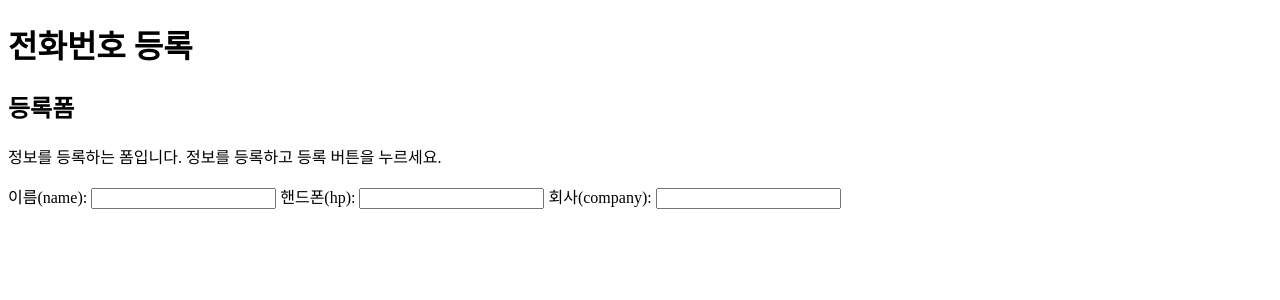
Repository: Kwonharu/workspace-web
Page: http://localhost/phonebook2/writeForm.jsp
An editor plug-in stored every save of this project. The page is shown before and after the next save, followed by the edit.
The browser window is 1280 px wide. The pictures show the whole page.
The page is served by Tomcat 9.

Above is the page before, as saved 2023-09-04 08:18:57.

After the next save:
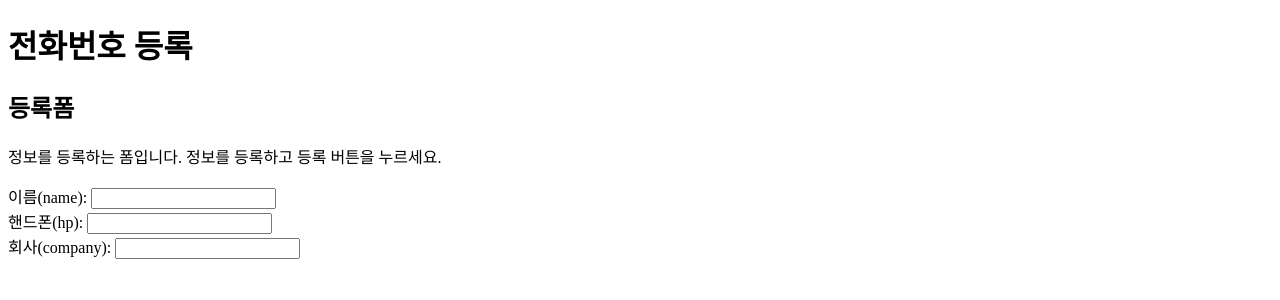
Saved 96 s later.
--- a/phonebook2/WebContent/writeForm.jsp
+++ b/phonebook2/WebContent/writeForm.jsp
@@ -12,9 +12,9 @@
 
 	<p>정보를 등록하는 폼입니다. 정보를 등록하고 등록 버튼을 누르세요.</p>
 
-	이름(name): <input type="text">
-	핸드폰(hp): <input type="text">
-	회사(company): <input type="text">
+	이름(name): <input type="text"><br>
+	핸드폰(hp): <input type="text"><br>
+	회사(company): <input type="text"><br>
 
 
 </body>
